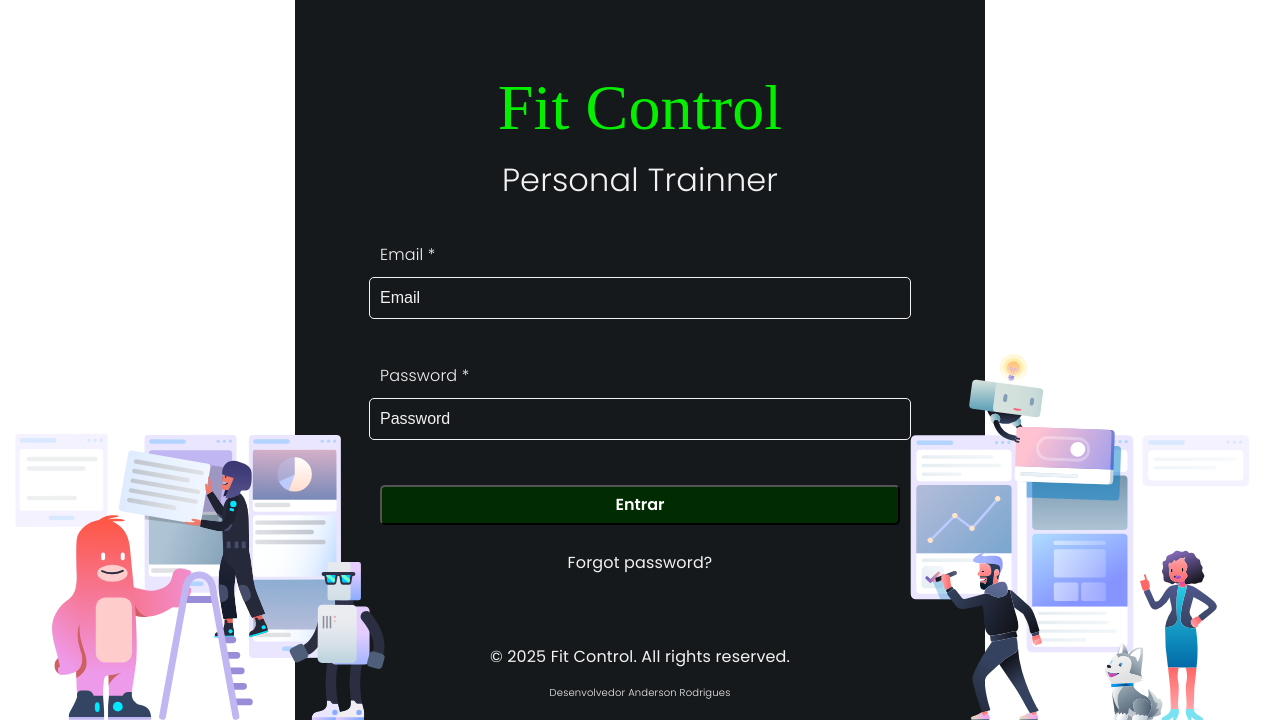
Repository: fit-control/frontend-fit-control
Page: /
An editor plug-in stored every save of this project. The page is shown before and after the next save, followed by the edit.
The browser window is 1280 px wide. The pictures show the whole page.
Some web fonts or font styles are not loaded; a fallback is used. The project was rebuilt for these pictures with package versions that can differ from the ones it lists, and the page was loaded fresh each time. The framework's server and built-in components were replaced by stand-ins that run in the browser. Also part of the build but not shown: next.config.js, vite.config.ts.

Above is the page before, as saved 2025-01-18 22:50:16.

After the next save:
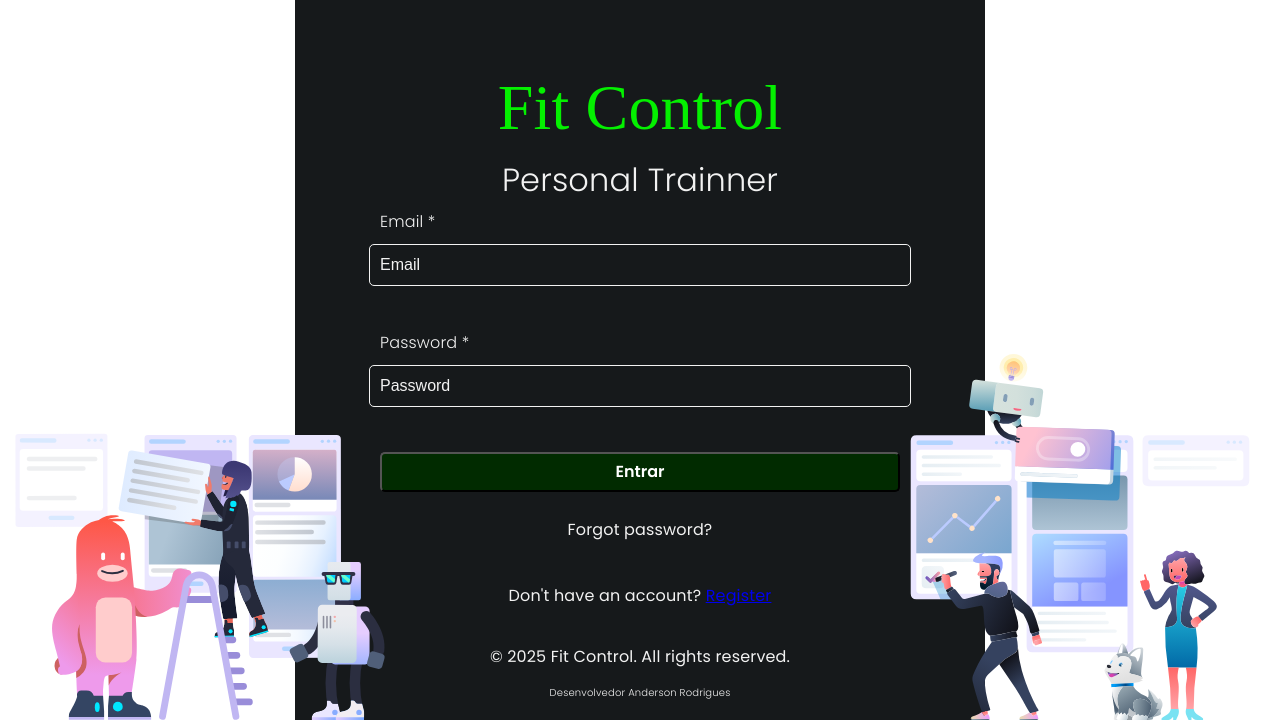
Saved 71 s later.
--- a/src/app/components/containerCenterLogin.tsx
+++ b/src/app/components/containerCenterLogin.tsx
@@ -1,3 +1,4 @@
+/* eslint-disable react/no-unescaped-entities */
 /* eslint-disable @next/next/no-img-element */
 const ContainerCenterLogin = () => {
   return (
@@ -14,6 +15,7 @@ const ContainerCenterLogin = () => {
           <input type="password" placeholder="Password" />
           <button>Entrar</button>
           <p className="forgotPassword">Forgot password?</p>
+          <p className="forgotPassword">Don't have an account? <a href="/register">Register</a></p>
         </div>
         <footer className="">
           <p className="">
